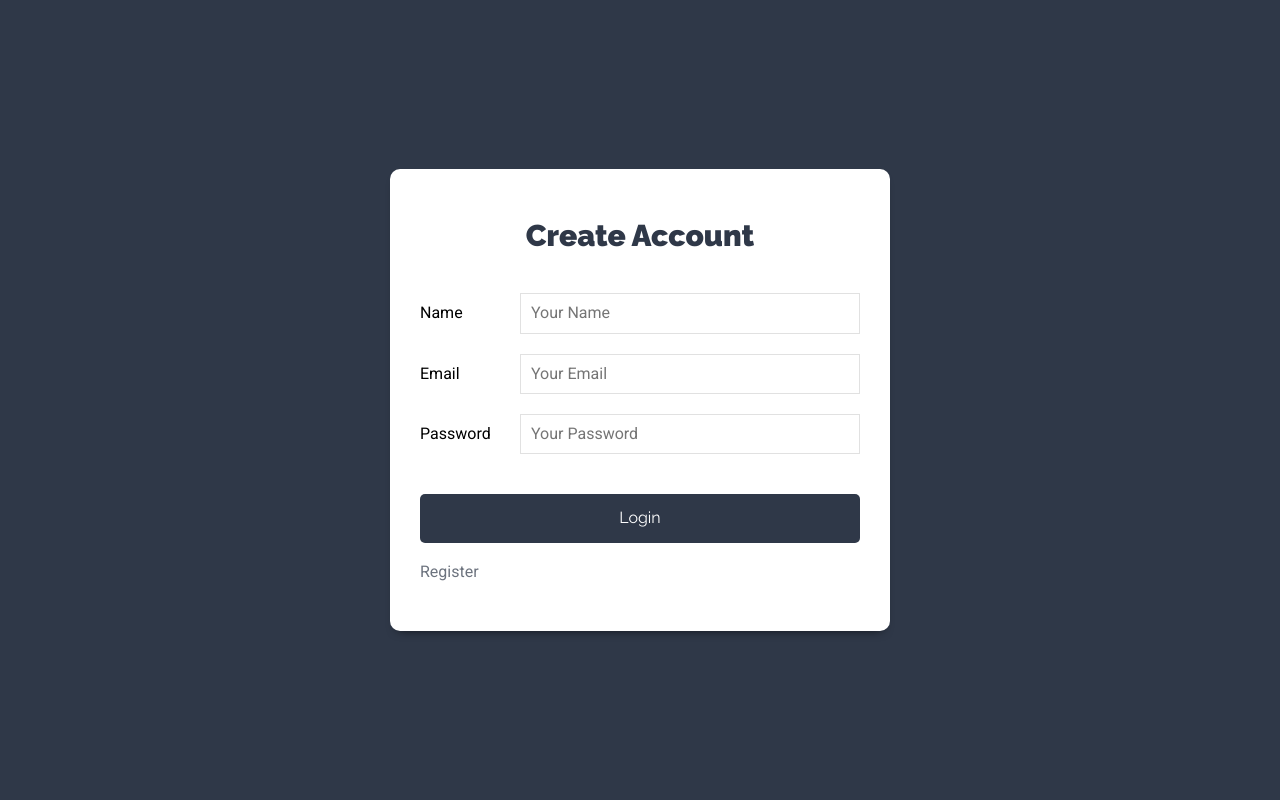
Repository: ppfeliuu/MERN-Task-Client
Page: /new-account
The author's editor kept a copy of each file at every save. The page is drawn from the files as they stood at one save, then again after the next save.
The browser window is 1280 px wide. The pictures show the whole page.
The project was rebuilt for these pictures with package versions that can differ from the ones it lists, and the page was loaded fresh each time. Also part of the build but not shown: src/components/auth/Login.js, src/components/projects/Projects.js.

Above is the page before, as saved 2020-02-13 19:28:02.

After the next save:
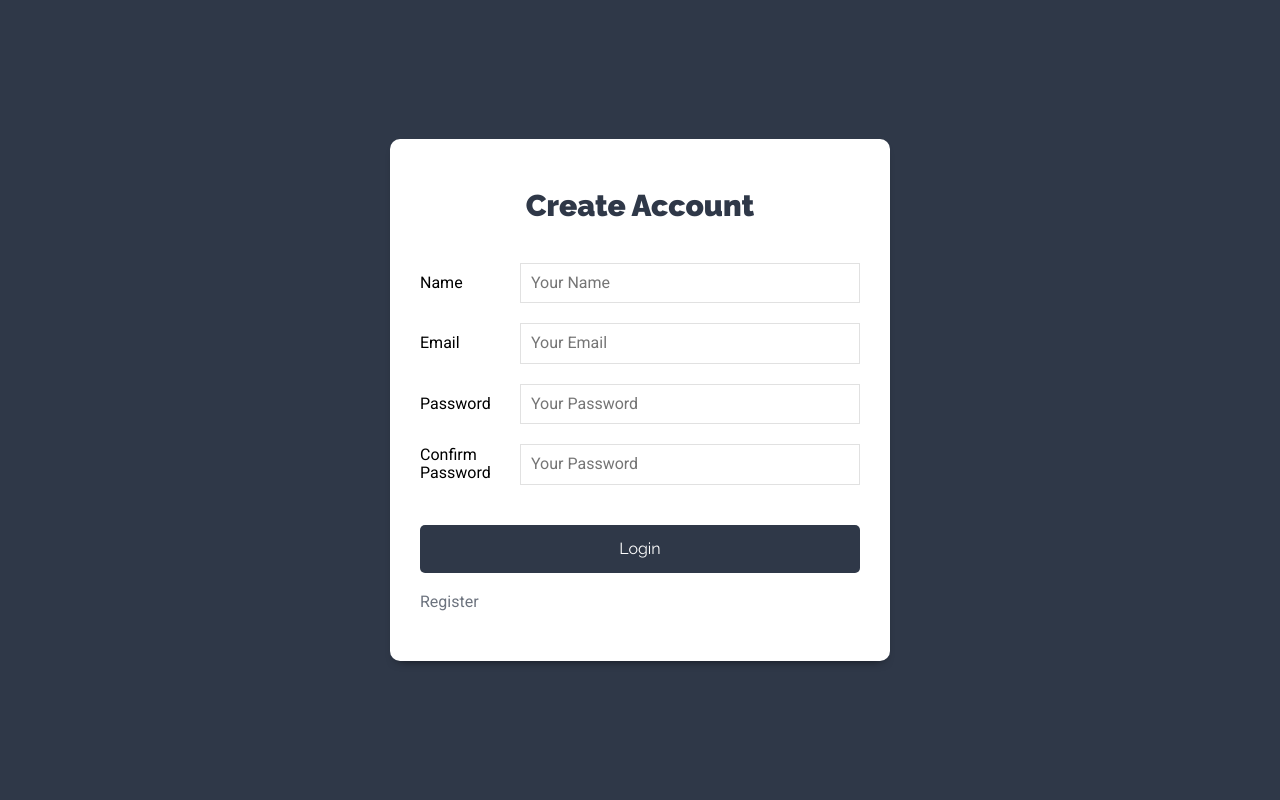
Saved 21 s later.
--- a/src/components/auth/NewAccount.js
+++ b/src/components/auth/NewAccount.js
@@ -68,6 +68,18 @@ const NewAccount = () => {
           </div>
 
           <div className="campo-form">
+            <label htmlFor="password">Confirm Password</label>
+            <input
+              type="password"
+              id="password"
+              name="password"
+              value={password}
+              placeholder="Your Password"
+              onChange={onChange}
+            />
+          </div>
+
+          <div className="campo-form">
             <input
               type="submit"
               className="btn btn-primario btn-block"
